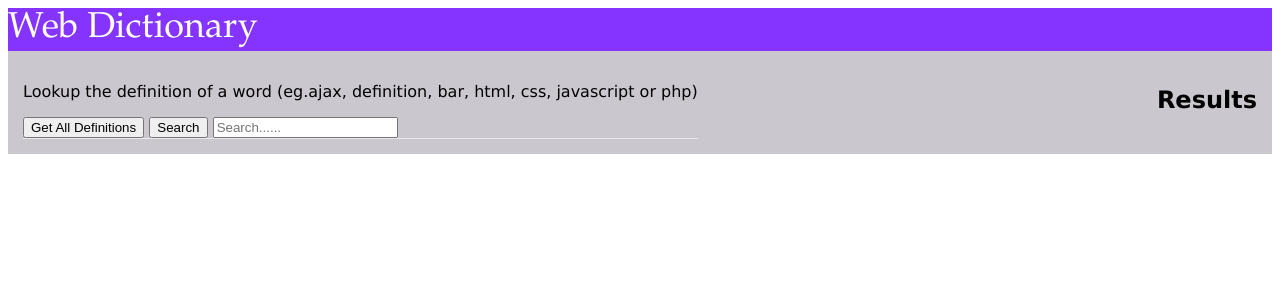
Repository: zBraVo17/info2180-lab6
Page: index.html
The author's editor kept a record of every edit. The page is drawn from the files as they stood at one moment, then again after the next edit.
The browser window is 1280 px wide. The pictures show the whole page.
Some web libraries are served in a nearby version.

Above is the page before.

### index.html
<!DOCTYPE html>
 <html>
  <head>
   <title>Dictionary</title>
   <link href="styles.css" type="text/css" rel="stylesheet">
   <script src="https://ajax.googleapis.com/ajax/libs/jquery/3.1.1/jquery.min.js"></script>
  </head>

  <body>
    <div><h1>Web Dictionary</h1></div>
  	 <div class="container">
     <div id="search">
      <p> Lookup the definition of a word (eg.ajax, definition, bar, html, css, javascript or php) </p>
      <input id="button1" type="button" value="Get All Definitions">
      <input id="button" type="button" value="Search">
  	   <input id="text" type="text" placeholder="Search......" required>
  	  </div>
     <div id="result">
     	<h2>Results</h2>
     </div>
    </div>
  </body>

  	 <script type="text/javascript">
        var search = document.getElementById('button');
        var text = document.getElementById('text');
        var result = document.getElementById('result');

        window.onload = function() {
             search.addEventListener('click', function(){
             var xhttp = new XMLHttpRequest();
             xhttp.open('Get', 'request.php?q=definition');
             xhttp.open('Get', 'request.php?q=' + text.value);
             xhttp.onload = function(){
      	        if (xhttp.status === 200){
      		        text.innerHTML = xhttp.responseText;
      		        result.innerHTML = xhttp.responseText;
      		    }else{
      			    alert('Failed.' + xhttp.status);
      			}
      	    };
             xhttp.send();
        });


        var button1 = document.querySelector('#button1');
        button1.addEventListener('click', function(){
        var httpReq = new XMLHttpRequest();

        var url = "request.php?=&all=true";
        httpReq.onreadystatechange = button1;
        httpReq.open('GET', url);
        httpReq.send();

        var button1 = function() {
            if (httpReq.readyState === XMLHttpRequest.DONE) {
              if (httpReq.status === 200) {
                var response = httpReq.responseXML;
                var results = document.querySelector('#result');
                var entries = response.getElementsByTagName('definition');
                var list = document.createElement('ol');
                results.appendChild(list);
                for (var i = 0; i < entries.length; i++) {
                    var def = document.createElement('li');
                    var name = document.createTextNode(entries[i].getAttribute("name"));
                    var p = document.createElement("p");
                    var p1 = document.createElement("p");
                    var header = document.createElement("h3");
                    var text = document.createTextNode(entries[i].childNodes[0].nodeValue);
                    var writer = document.createTextNode(entries[i].getAttribute("author"));


                    header.appendChild(name);
                    p.appendChild(text);
                    p1.appendChild(writer);
                    def.appendChild(header);
                    def.appendChild(p);
                    def.appendChild(p);
                    list.appendChild(def);


                }
              } else {
                alert('Failure');
              }
            }
        }
    });
};
   </script>
  </body>

</html>

### styles.css
h1{
     font-family: verdana;
     background-color: #8533ff;
     color: #ffffff;
     margin: auto;
     width: auto;
     font: 100% Garamond;
     font-size: 2.25em
 }

 .container{
      display: flex;
      justify-content: space-between;
      font-family: verdana;
     background-color: #cac8ce;
     color: #000000;
     padding: 15px;
     margin: auto;
     width: auto;
     height: auto;
 }

 .button{
	background-color:#7892c2;
	-moz-border-radius:10px;
	-webkit-border-radius:10px;
	border-radius:10px;
	border:1px solid #4e6096;
	font-weight:bold;
	padding:12px 37px;
	text-decoration:none;
	text-shadow:0px 1px 0px #283966;
 }

 .button:hover{
      background-color: #476e9e
 }

.button1{
	background-color:#7892c2;
	-moz-border-radius:10px;
	-webkit-border-radius:10px;
	border-radius:10px;
	border:1px solid #4e6096;
	font-weight:bold;
	padding:12px 37px;
	text-decoration:none;
	text-shadow:0px 1px 0px #283966;
 }

 .button1:hover{
      background-color: #476e9e
 }

 #search{
     border-bottom: 1px solid #e9e8ed;
 }

 #result{
     font-size: 1em;
     color: black;
 }

div{
  -webkit-box-sizing: border-box;
 -moz-box-sizing: border-box;
 -box-sizing: border-box;
}

After the next edit:
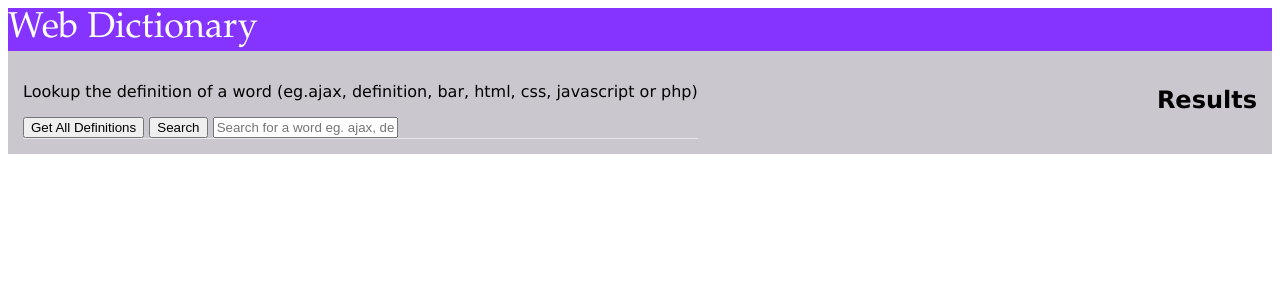
The edit:
--- a/index.html
+++ b/index.html
@@ -13,7 +13,7 @@
       <p> Lookup the definition of a word (eg.ajax, definition, bar, html, css, javascript or php) </p>
       <input id="button1" type="button" value="Get All Definitions">
       <input id="button" type="button" value="Search">
-  	   <input id="text" type="text" placeholder="Search......" required>
+  	   <input id="text" type="text" placeholder="Search for a word eg. ajax, definition, bar, html, css, javascript or php">
   	  </div>
      <div id="result">
      	<h2>Results</h2>
